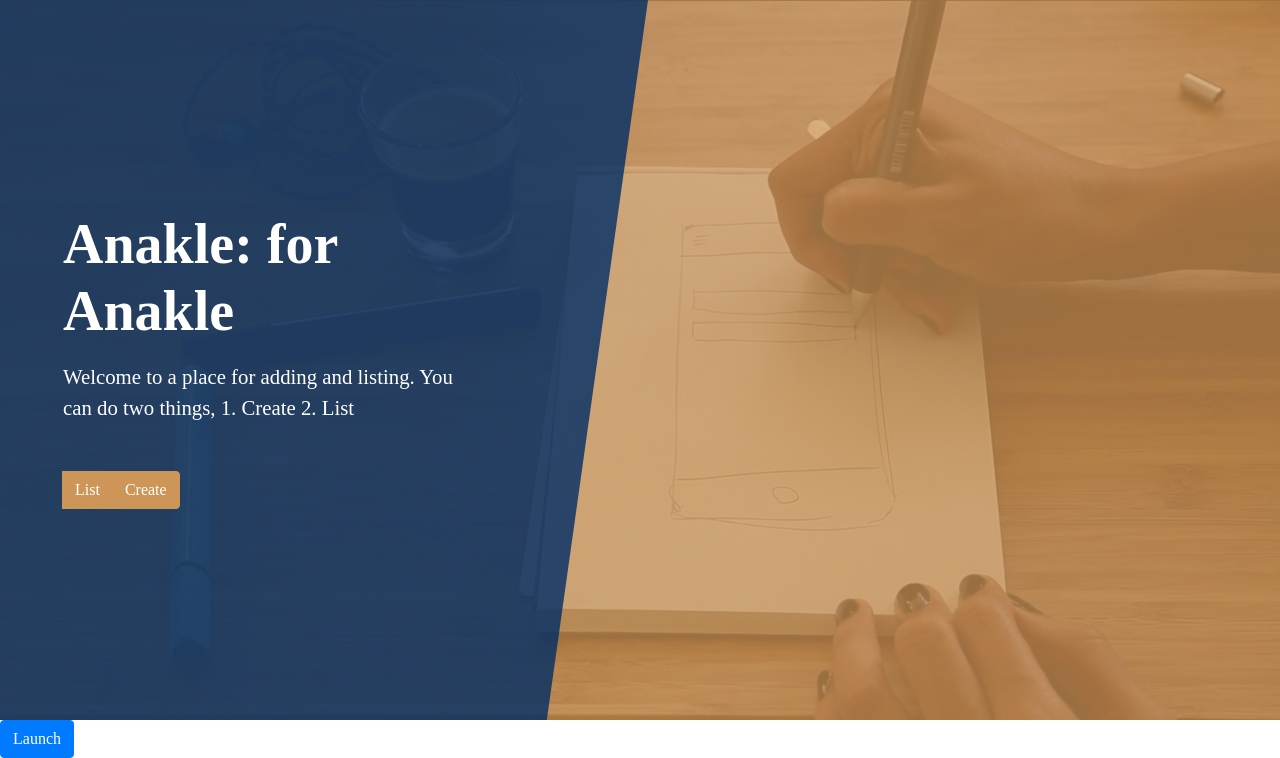
Repository: Guruscode/mega-list
Page: http://localhost/
An editor plug-in stored every save of this project. The page is shown before and after the next save, followed by the edit.
The browser window is 1280 px wide. The pictures show the whole page.
Some web fonts or font styles are not loaded; a fallback is used. The page is run by PHP 8.4 with error messages shown; the project is at /var/www/html/.

Above is the page before, as saved 2018-02-22 18:07:28.
Console error: TypeError: Cannot read properties of undefined (reading 'fn')

After the next save:
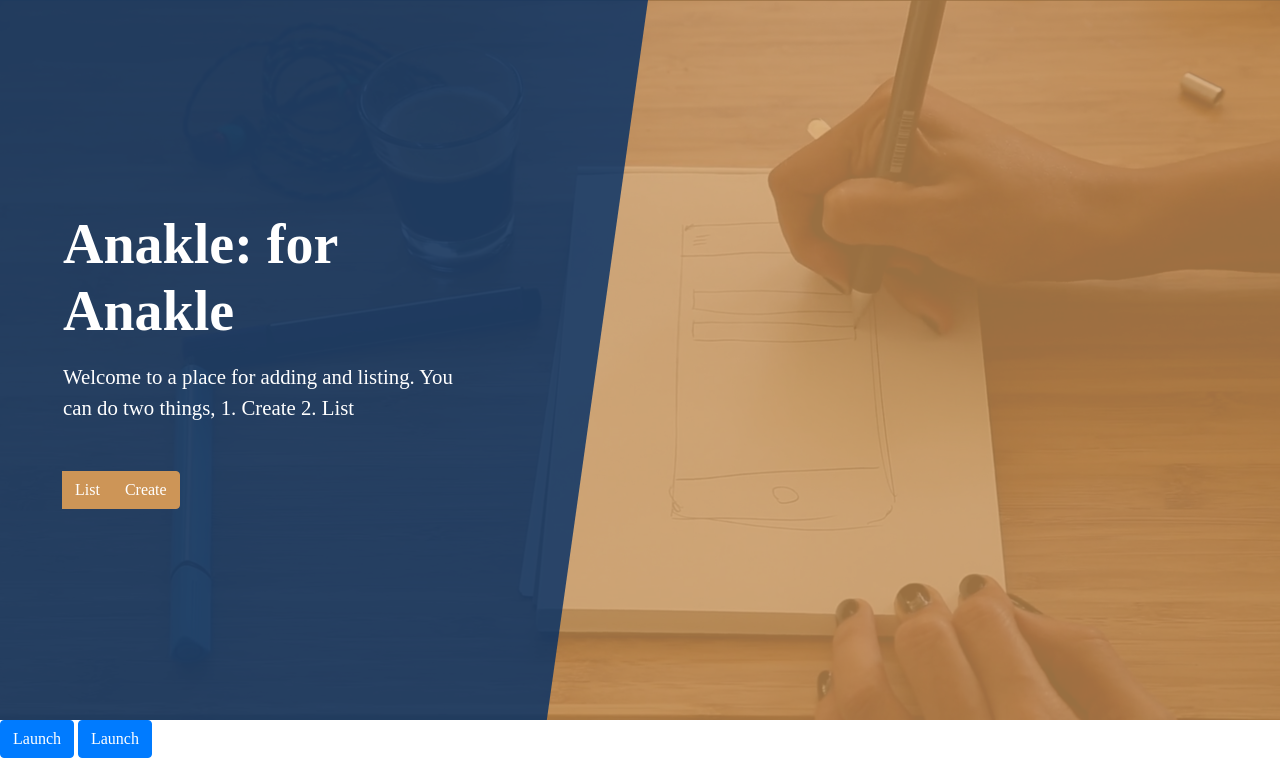
Saved 83 s later.
--- a/index.php
+++ b/index.php
@@ -84,9 +84,46 @@
 <!-- Login Register Modal Ends -->
 
 
-
-
-<!-- Register Modal Ends -->
+<!-- Create modal starts-->
+
+
+<!-- Button trigger modal -->
+<button type="button" class="btn btn-primary" id="login_modal" data-toggle="modal" data-target="#exampleModalCenter">
+  Launch
+</button>
+
+<!-- Modal -->
+<div class="modal fade" id="exampleModalCenter" tabindex="-1" role="dialog" aria-labelledby="exampleModalCenterTitle" aria-hidden="true">
+  <div class="modal-dialog modal-dialog-centered" role="document">
+    <div class="modal-content">
+      <div class="modal-header">
+        <h5 class="modal-title" id="exampleModalLongTitle">Login</h5>
+        <button type="button" class="close" data-dismiss="modal" aria-label="Close">
+          <span aria-hidden="true">&times;</span>
+        </button>
+      </div>
+      <div class="alert" id="message"></div>
+      <div class="modal-body">
+
+            <div class="col-md-6" id="name-box-1">Store Name</div><div class="col-md-6" id="name-box-2"><input type="text" id="name" class="form-control" /></div>
+            <div class="col-md-6">Address</div><div class="col-md-6"><textarea name="store_address"></textarea></div>
+
+      </div>
+      <div class="modal-footer">
+        <button type="button" class="btn btn-danger" data-dismiss="modal" id="lf_close">Close</button>
+        <button onclick="loginOrRegister()" type="button" class="btn btn-success">Continue</button>
+        <div id="account-notice"><a class="btn btn-default"  onclick="switchForm('lf')">No Account? Register</a></div>
+      </div>
+    </div>
+  </div>
+</div>
+
+<!-- Create Modal Ends -->
+
+
+
+
+
 
 <script src="js/bootstrap.min.js"></script>
 <script src="js/jquery-3.3.1.min.js"></script>
